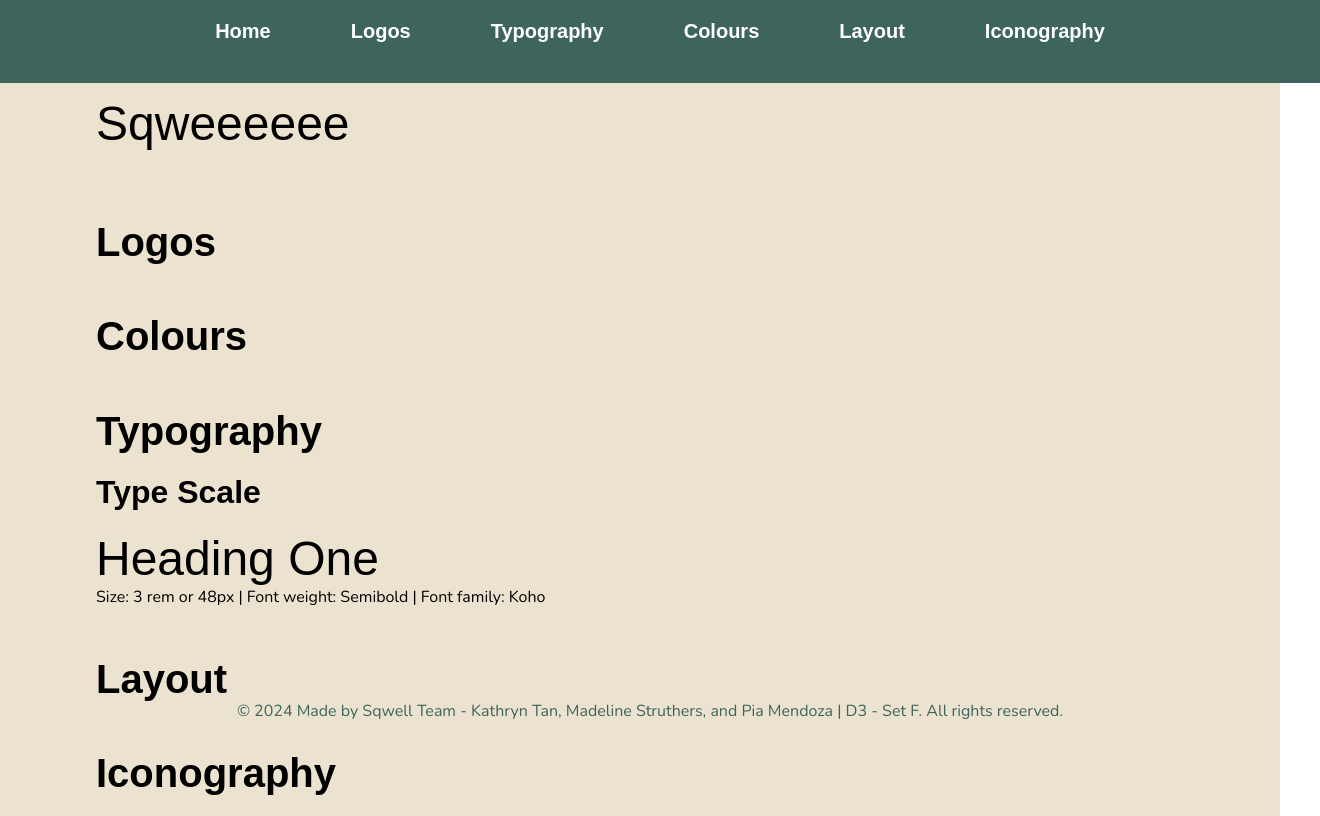
Repository: lpcmendoza/sqwell_styleguide
Page: /
An editor plug-in stored every save of this project. The page is shown before and after the next save, followed by the edit.
The browser window is 1280 px wide. The page is 1320 px wide, so the pictures cover 1320 px, including what lies to the right of the window. The pictures show the whole page.
Some web fonts or font styles are not loaded; a fallback is used. The project was rebuilt for these pictures with package versions that can differ from the ones it lists, and the page was loaded fresh each time. The framework's server and built-in components were replaced by stand-ins that run in the browser. Also part of the build but not shown: next.config.mjs.

Above is the page before, as saved 2024-04-07 17:56:38.

After the next save:
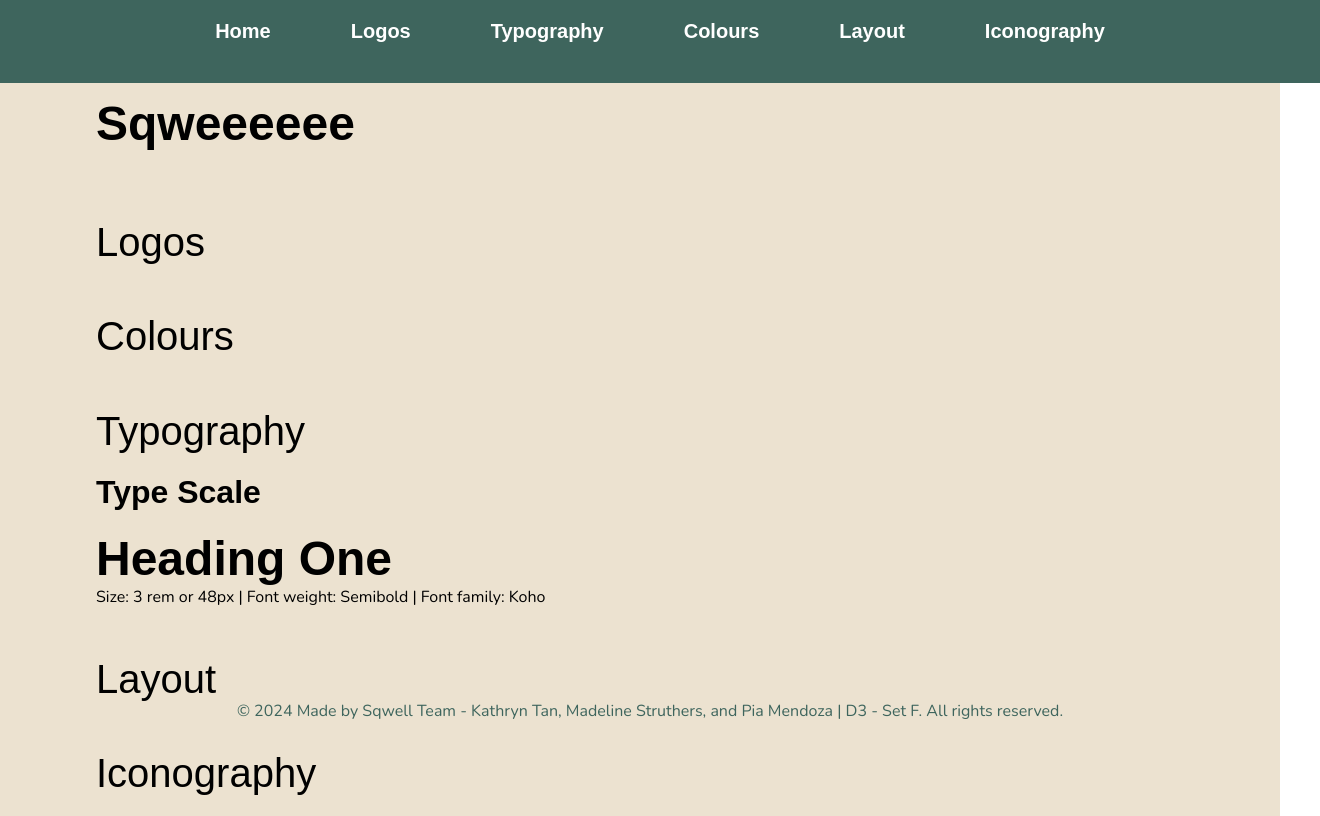
Saved 62 s later.
--- a/styles/globals.css
+++ b/styles/globals.css
@@ -26,31 +26,35 @@
     font-family: var(--font-koho);
     font-size: 3rem;
     padding-bottom: 40px;
-    font-weight: 500;
+    font-weight: 600;
   }
 
   h2 {
     font-family: var(--font-koho);
     font-size: 2.5rem;
     padding-bottom: 20px;
+    font-weight: 500;
   }
 
   h3 {
     font-family: var(--font-koho);
     font-size: 2rem;
     padding-bottom: 20px;
+    font-weight: 600;
   }
 
   h4 {
     font-family: var(--font-koho);
     font-size: 1.5rem;
     padding-bottom: 20px;
+    font-weight: 600;
   }
 
   h5 {
     font-family: var(--font-koho);
     font-size: 1.25rem;
     padding-bottom: 20px;
+    font-weight: 600;
   }
 
   p {
